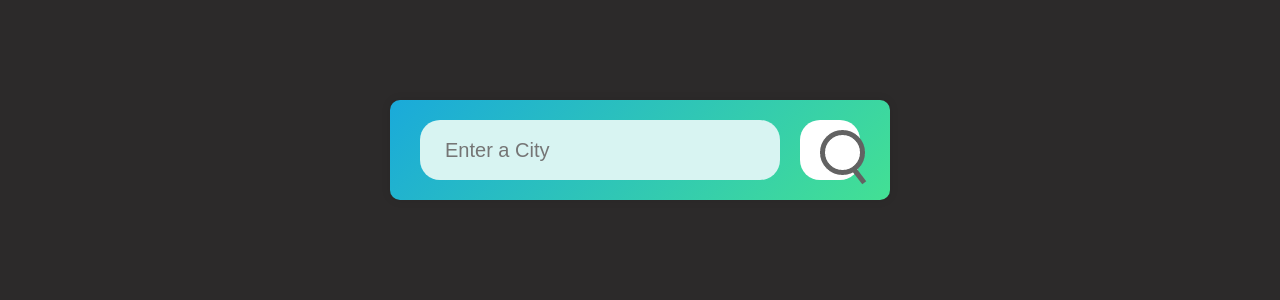
Repository: Haakim19/weatherApp
Page: index.html
The author's editor kept a copy of each file at every save. The page is drawn from the files as they stood at one save, then again after the next save.
The browser window is 1280 px wide. The pictures show the whole page.

Above is the page before, as saved 2024-11-16 21:07:25.

### index.html
<!DOCTYPE html>
<html lang="en">
<head>
    <meta charset="UTF-8">
    <meta name="viewport" content="width=device-width, initial-scale=1.0">
    <title>Weather App</title>
    <link rel="stylesheet" href="style.css">
</head>
<body>
    <div class="card">
        <div class="search">
            <input type="text" placeholder="Enter a City" spellcheck="false">
            <button><img src="images/search.png"></button>
        </div>
    </div>
</body>
</html>

### style.css
*{
    margin: 0;
    padding: 0;
    box-sizing: border-box;
    font-family: 'Poppins', sans-serif;
}

body{
    background: #2c2a2a;
}
.card{
    width: 90%;
    max-width: 500px;
    color: #fff;
    background:linear-gradient(135deg, #1aaada 0%, #43e094 100%);
    margin: 100px auto 0 ;
    border-radius: 10px;
    padding: 20px 30px;
    text-align: center;
    box-shadow: 0 0 10px rgba(0,0,0,0.1);
}
.search{
    width: 100%;
    display: flex;
    justify-content: space-between;
    align-items: center;
}
.search input{
    border:0;
    outline:0;
    background: #d8f4f2;
    padding: 10px 25px;
    border-radius: 20px;
    flex: 1;
    margin-right: 20px;
    font-size: 20px;
    height: 60px;
}
.search button{
    border:0;
    outline:0;
    background: #fff;
    padding: 10px 20px;
    border-radius: 20px;
    font-size: 20px;
    cursor: pointer;
    height: 60px;
    width: 60px;
}

After the next save:
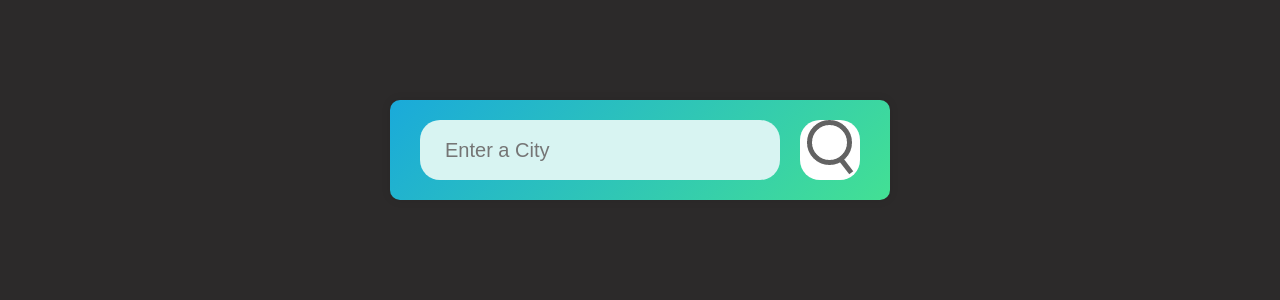
Saved 17 s later.
--- a/style.css
+++ b/style.css
@@ -40,7 +40,7 @@ body{
     border:0;
     outline:0;
     background: #fff;
-    padding: 10px 20px;
+    /* padding: 10px 20px; */
     border-radius: 20px;
     font-size: 20px;
     cursor: pointer;
